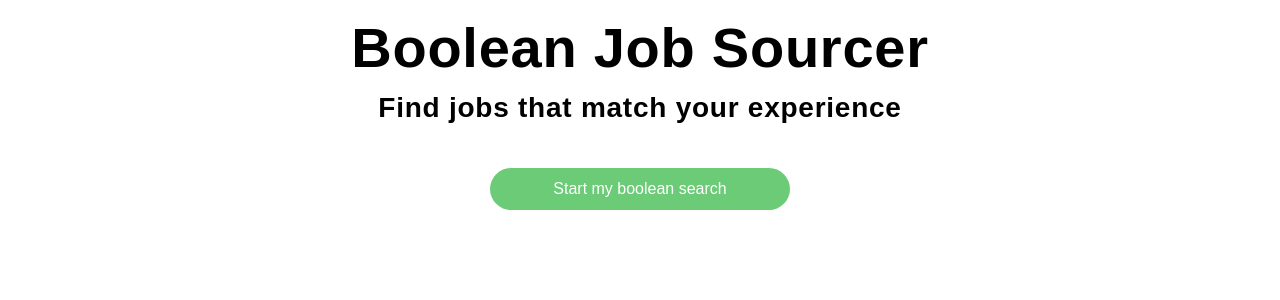
Repository: Rthompson2548/boolean-job-searcher
Page: /
These files come from the project's save history. The page is drawn as it stood at one moment and after the next save; the edit follows.
The browser window is 1280 px wide. The pictures show the whole page.
The project was rebuilt for these pictures with package versions that can differ from the ones it lists, and the page was loaded fresh each time.

Above is the page before, as saved 2022-03-26 11:27:45.

### public/index.html
<!DOCTYPE html>
<html lang="en">
  <head>
    <meta charset="utf-8" />
    <link rel="icon" href="%PUBLIC_URL%/favicon.ico" />
    <meta name="viewport" content="width=device-width, initial-scale=1" />
    <meta name="theme-color" content="#000000" />
    <meta
      name="description"
      content="Web site created using create-react-app"
    />
    <link rel="preconnect" href="https://fonts.googleapis.com">
    <link rel="preconnect" href="https://fonts.gstatic.com" crossorigin>
    <link href="https://fonts.googleapis.com/css2?family=Inconsolata&family=League+Spartan&display=swap" rel="stylesheet">

    <title>React App</title>
  </head>
  <body>
    <noscript>You need to enable JavaScript to run this app.</noscript>
    <div id="root"></div>
    <!--
      This HTML file is a template.
      If you open it directly in the browser, you will see an empty page.

      You can add webfonts, meta tags, or analytics to this file.
      The build step will place the bundled scripts into the <body> tag.

      To begin the development, run `npm start` or `yarn start`.
      To create a production bundle, use `npm run build` or `yarn build`.
    -->
  </body>
</html>

### src/App.js
import "./styles.css";
// import { CopyToClipboard } from "react-copy-to-clipboard";
import React, { useState, useEffect, useRef } from "react";

export default function App() {
  let searchCategories = [
    "Experience",
    "Location",
    "Tech Stack",
    "Title",
    "Technologies",
    "Company"
  ];

  let defaultCategories = [
    {
      id: 1,
      name: "Experience",
      placeholders: ["Junior", "Entry", "Grad", "Student"]
    },
    {
      id: 2,
      name: "Location",
      placeholders: ["Junior", "Entry", "Grad", "Student"]
    },
    {
      id: 3,
      name: "End",
      placeholders: ["Junior", "Entry", "Grad", "Student"]
    },
    {
      id: 4,
      name: "Title",
      placeholders: ["Junior", "Entry", "Grad", "Student"]
    },
    {
      id: 5,
      name: "Technologies",
      placeholders: ["Junior", "Entry", "Grad", "Student"]
    },
    {
      id: 6,
      name: "Company Name",
      placeholders: ["Junior", "Entry", "Grad", "Student"]
    }
  ];

  const [copyString, setCopyString] = useState("");
  const [addCategory, setAddCategory] = useState(false);
  const [addCategoryBtnText, setAddCategoryBtnText] = useState(
    "Start my boolean search"
  );
  const [category, setCategory] = useState("");
  const [categoryChosen, setCategoryChosen] = useState(false);
  const [categoryOptions, setCategoryOptions] = useState(false);
  const [showCategoryForm, setShowCategoryForm] = useState(false);
  const [showNewCategoryButton, setShowNewCategoryButton] = useState(true);
  const [showName, setShowName] = useState(false);
  const [showForm, setShowForm] = useState(false);
  const [showAddWordBtn, setShowAddWordBtn] = useState(false);
  const [word, setWord] = useState("");
  const [list, setList] = useState([]);
  const [show, setShow] = useState(false);
  const [finishBtn, setFinishBtn] = useState(false);
  const [finished, setFinished] = useState(false);
  const [result, setResult] = useState([]);
  const [doneWarning, setDoneWarning] = useState(false);
  const [goodbyeMessage, setGoodbyeMessage] = useState(false);

  const handleNewCategory = () => {
    setCategory("");
    setAddCategoryBtnText("Add a category");
    setShowNewCategoryButton(false);
    setFinishBtn(false);
    setCategoryOptions(true);
    setCategoryChosen(false);
  };

  const handleCustomCategory = () => {
    setShowCategoryForm(true);
    setCategoryOptions(false);
  };

  const handleCategoryNameChange = (event) => {
    setCategory(event.target.value);
  };

  const submitCategory = () => {
    setAddCategory(false);
    setShowName(true);
    setShowNewCategoryButton(false);
    setShowAddWordBtn(true);
    setShowForm(true);
    setShowCategoryForm(false);
  };

  const handleAddWord = () => {
    setShowForm(true);
    setCategoryOptions(false);
    setCategoryChosen(true);
  };

  const handleCategoryClick = (event) => {
    setCategory(event.target.value);
    setCategoryChosen(true);
  };

  const handleWordChange = (event) => {
    setWord(event.target.value);
  };

  const [noLetters, setNoLetters] = useState(false);

  const submitAsteriskWord = () => {
    if (word.length <= 1) {
      setNoLetters(true);
    } else {
      setList((prevList) => [...prevList, `"${word}*"`]);
      setWord("");
      setShow(true);
      console.log(word);
    }
  };

  const submitWord = () => {
    if (word.length <= 1) {
      setNoLetters(true);
    } else {
      setList((prevList) => [...prevList, `"${word}"`]);
      setWord("");
      setShow(true);
      console.log(word);
    }
  };

  useEffect(() => {
    setCategory(category);
  }, [category]);

  let booleanString = `(${list.join(" OR ")})`;

  const handleSubmitCategoryWords = () => {
    setShowNewCategoryButton(true);
    setShow(false);
    setShowName(false);
    setShowForm(false);
    setFinishBtn(true);
    setResult((previousResult) => [...previousResult, booleanString]);
    console.log(result.join(" AND "));
    console.log(`list: ${list}`);
    setList([]);
    console.log(`list: ${list}`);
    setCopyString(result.join(" AND "));
  };

  const handleGenerateString = () => {
    setFinished(true);
    setFinishBtn(false);
    setShowNewCategoryButton(false);
    setDoneWarning(false);
    // setGoodbyeMessage(true);
  };

  const handleDone = () => {
    setDoneWarning(true);
    setFinished(false);
  };

  const handleConfirmFinished = () => {
    setDoneWarning(false);
    setGoodbyeMessage(true);
    setShow(false);
    setFinished(false);
  };

  return (
    <div className="App">
      <div className="header">
        <h1 className="app-title">Boolean Job Sourcer</h1>
        <h3>Find jobs that match your experience</h3>
      </div>

      {/* <h4>Generate boolean strings to find jobs that match your experience</h4> */}

      {categoryOptions === true && (
        <div>
          <div>
            <p>Click a category below to start</p>
            {/* <br /> */}

            {/* iterates through array of category names and returns a button for each */}
            <div className="category-btns">
              {searchCategories.map((value, i) => (
                <button
                  id="category-btn"
                  className="category-btn"
                  key={i}
                  value={searchCategories[i]}
                  onClick={handleCategoryClick}
                >
                  {value}
                </button>
              ))}

              {/* displays the category name form on click */}
              {/* <button onClick={handleCustomCategory}>Other</button> */}
              <br />
            </div>

            {categoryChosen === true && (
              <button className="continue-btn" onClick={handleAddWord}>
                Continue
              </button>
            )}

            {/* <br /> */}
          </div>
        </div>
      )}

      {showCategoryForm === true && (
        <div>
          <label>Enter a custom category name</label>
          <input
            placeholder="Enter category name"
            onChange={handleCategoryNameChange}
            value={category}
          />
          {/* <br /> */}
          <button onClick={submitCategory}>Submit</button>
        </div>
      )}

      {showForm === true && (
        <div className="keyword-form">
          <h2>{category}</h2>

          <div className="keyword-form-info">
            <div>
              <label>Enter 1 or more keywords</label>
            </div>
            <input
              placeholder="Enter two or more letters..."
              value={word}
              onChange={handleWordChange}
            />
          </div>

          <div className="keyword-btns">
            <button onClick={submitWord}>Include exact keyword</button>
            <button onClick={submitAsteriskWord}>
              Include similar keywords
            </button>
          </div>
        </div>
      )}

      {show === true && (
        <div className="keyword-string">
          {/* <h3>Keywords:</h3> */}
          <h4>{booleanString}</h4>
        </div>
      )}

      {showForm === true && (
        <div>
          {/* <br /> */}
          <button className="continue-btn" onClick={handleSubmitCategoryWords}>
            Continue
          </button>
        </div>
      )}

      {showNewCategoryButton === true && (
        <div>
          <button className="start-btn" onClick={handleNewCategory}>
            {addCategoryBtnText}
          </button>
        </div>
      )}

      {finishBtn === true && (
        <div>
          <button className="done-btn" onClick={handleGenerateString}>
            Submit
          </button>
          {/*
          <CopyToClipboard text={copyString}>
            <button>Copy</button>;
          </CopyToClipboard> */}
        </div>
      )}

      {finished === true && (
        <div className="boolean-string">
          {/* <p>Your boolean string:</p> */}
          <p value={copyString}>{result.join(" AND ")}</p>
          <button className="done-btn" onClick={handleDone}>
            Done
          </button>
        </div>
      )}

      {doneWarning === true && (
        <div className="boolean-string">
          <p>Are you sure? This cannot be undone</p>
          <button className="done-btn" onClick={handleConfirmFinished}>
            Yes, I am done
          </button>
        </div>
      )}

      {goodbyeMessage === true && (
        <div className="goodye-msg boolean-string">
          <p>Goodbye!</p>
          {/* <p value={copyString}>{result.join(" AND ")}</p> */}
          <button
            className="home-btn"
            onClick={() => window.location.reload(false)}
          >
            Home
          </button>
        </div>
      )}
    </div>
  );
}

### src/styles.css
* {
  margin: 0;
  padding: 0;
  background-color: #fff;
  color: #000;
  /* padding: 18px 0; */
}

.App {
  font-family: sans-serif;
  text-align: center;
  letter-spacing: 0.75px;
}

.header {
  line-height: 2rem;
  letter-spacing: 0.75px;
  padding: 32px 0;
}

img {
  width: 250px;
  height: auto;
}

button {
  padding: 12px 36px;
  width: 200px;
  border-radius: 25px;
  background-color: #fff;
  color: #000;
  border: none;
  margin: 12px 0 0 0;
  font-size: 16px;
}

.app-title {
  margin-bottom: 28px;
  font-size: 56px;
}

.header h3 {
  font-size: 28px;
}

.start-btn {
  background-color: #6bcb77;
  color: #fff;
  /* margin-top: 25%; */
  width: 300px;
quotes: ;
}

input {
  background-color: #fff;
  font-size: 16px;
  color: #000;
  /* height: 6px; */
  /* padding: 16px 0 16px 12px; */
  border: 1px solid black;
  border-radius: 10px;
}

.category-btns {
  /* center the element */
  right: 0;
  left: 0;
  margin-right: auto;
  margin-left: auto;
  display: flex;
  flex-direction: column;
  align-items: center;
}

.category-btns button {
  background-color: #ff6b6b;
  color: #fff;
}

.category-buttons button:active,
button:focus {
  /* color: #fff !important;
  background-color: #FFD93D !important; */
}

.category-buttons button:visited:after {
  color: #fff !important;
  background-color: #000 !important;
}

.continue-btn {
  background-color: #4d96ff;
  color: #fff;
}

.keyword-form-info {
  margin-top: 24px;
}

.keyword-form-info input {
  padding: 10px 24px 10px 10px;
  margin-top: 16px;
}

.keyword-btns {
  display: flex;
  justify-content: center;
}

.keyword-btns button {
  background-color: #ff6b6b;
  color: #fff;
  font-size: 14px;
  padding: 10px 23px;
  margin: 16px 12px;
}

.keyword-string {
  padding: 20px;
  font-size: 20px;
  line-height: 2rem;
}

.goodye-msg {
  /* padding-top: 25%; */
  font-size: 42px !important;
}

.goodye-msg button {
  /* background-color: #4D96FF !important; */
  /* vertical-align: middle !important; */
}

.boolean-string {
  font-size: 24px;
  font-weight: bold;
  padding-top: 25%;
}

.boolean-string button {
  background-color: #fa58bc;
  color: #fff;
}

.done-btn {
  background-color: #4d96ff !important;
  color: #fff;
  margin-top: 1.5rem;
}

.home-btn {
  background-color: #6bcb77 !important;
}

Loaded but not shown: src/index.js (common file); src/index.css (no stored copy; drawn as an empty file)

After the next save:
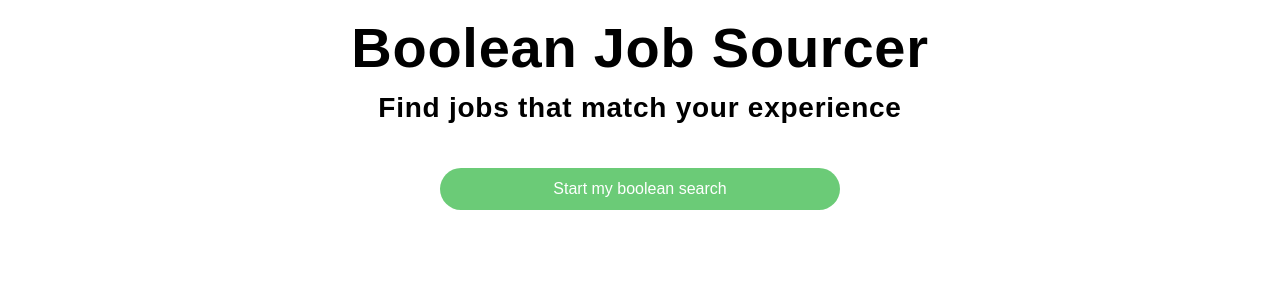
Saved 5 s later.
--- a/src/styles.css
+++ b/src/styles.css
@@ -47,8 +47,8 @@
   background-color: #6bcb77;
   color: #fff;
   /* margin-top: 25%; */
-  width: 300px;
-quotes: ;
+  width: 400px;
+
 }
 
 input {
